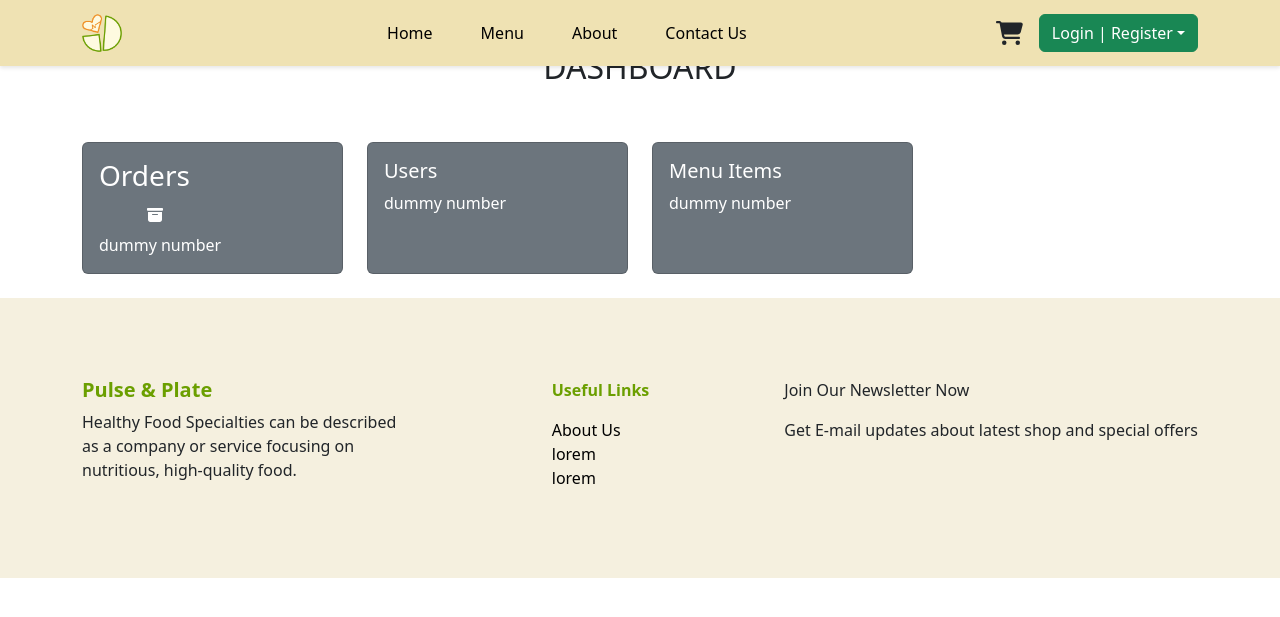
Repository: zeinawady/Pulse-and-Plate
Page: /dashboard
These files come from the project's save history. The page is drawn as it stood at one moment and after the next save; the edit follows.
The browser window is 1280 px wide. The pictures show the whole page.
The project was rebuilt for these pictures with package versions that can differ from the ones it lists, and the page was loaded fresh each time. Also part of the build but not shown: src/components/Main/Main.css, src/components/Main/Main.js, src/components/Menu/MealCard.css, src/components/Menu/MealCard.js, src/components/Menu/Categories.css, src/components/Menu/Categories.js, src/components/Menu/Menu.css, src/components/Menu/Menu.js and 21 more.

Above is the page before, as saved 2025-05-15 18:51:28.

### public/index.html
<!DOCTYPE html>
<html lang="en">
  <head>
    <meta charset="utf-8" />
    <link rel="icon" href="%PUBLIC_URL%/images/logo-trans.png" />
    <meta name="viewport" content="width=device-width, initial-scale=1" />
    <meta name="theme-color" content="#000000" />
    <meta
      name="description"
      content="Web site created using create-react-app"
    />
    <link rel="apple-touch-icon" href="%PUBLIC_URL%/images/logo-trans.png" />
    <!--
      manifest.json provides metadata used when your web app is installed on a
      user's mobile device or desktop. See https://developers.google.com/web/fundamentals/web-app-manifest/
    -->
    <link rel="manifest" href="%PUBLIC_URL%/manifest.json" />
    <!--
      Notice the use of %PUBLIC_URL% in the tags above.
      It will be replaced with the URL of the `public` folder during the build.
      Only files inside the `public` folder can be referenced from the HTML.

      Unlike "/favicon.ico" or "favicon.ico", "%PUBLIC_URL%/favicon.ico" will
      work correctly both with client-side routing and a non-root public URL.
      Learn how to configure a non-root public URL by running `npm run build`.
    -->
    <title>Pulse And Plate</title>
  </head>
  <body>
    <noscript>You need to enable JavaScript to run this app.</noscript>
    <div id="root"></div>
    <!--
      This HTML file is a template.
      If you open it directly in the browser, you will see an empty page.

      You can add webfonts, meta tags, or analytics to this file.
      The build step will place the bundled scripts into the <body> tag.

      To begin the development, run `npm start` or `yarn start`.
      To create a production bundle, use `npm run build` or `yarn build`.
    -->
  </body>
</html>

### src/index.js
import React from 'react';
import ReactDOM from 'react-dom/client';
import './index.css';
import App from './App';
import reportWebVitals from './reportWebVitals';
import 'bootstrap/dist/css/bootstrap.min.css';
import '@fortawesome/fontawesome-free/css/all.min.css';
import 'bootstrap/dist/css/bootstrap.min.css';
import './fontAwesome';
import { BrowserRouter } from 'react-router-dom';

const root = ReactDOM.createRoot(document.getElementById('root'));
root.render(
  <React.StrictMode>
    <BrowserRouter>
      <App />
    </BrowserRouter>
  </React.StrictMode>
);

// If you want to start measuring performance in your app, pass a function
// to log results (for example: reportWebVitals(console.log))
// or send to an analytics endpoint. Learn more: https://bit.ly/CRA-vitals
reportWebVitals();

### src/App.js
import React from "react";
import "./App.css";
import Home from "./components/Home/Home";
import Footer from "./components/Footer/Footer";
import { Routes, Route } from "react-router-dom";

import Header from "./components/Header/Header";
import About from "./components/About/About";
import Menu from "./components/Menu/Menu";
import ContactUs from "./components/ContactUs/ContactUs";
import Login from "./components/Login/Login";
import SignUp from "./components/SignUp/SignUp";
import UserProfile from "./components/UserProfile/UserProfile";
import { UserProvider } from "./UserContext";
import ProductInfo from "./components/ProductInfo/ProductInfo";
import PaymentPage from "./components/PaymentPage/PaymentPage";
import AdminProfile from "./components/AdminProfile/AdminProfile";
import Dashboard from "./components/Dashboard/Dashboard";

function App() {
  return (
    <UserProvider>
      <div>
        <Header />
        <Routes>
          <Route path="/" element={<Home />} />
          <Route path="/home" element={<Home />} />
          <Route path="/about" element={<About />} />
          <Route path="/menu" element={<Menu />} />
          <Route path="/category" element={<Menu />} />
          <Route path="/login" element={<Login />} />
          <Route path="/register" element={<SignUp />} />
          <Route path="/userAccount" element={<UserProfile />} />
          <Route path="/contactus" element={<ContactUs />} />
          <Route path="/product-info" element={<ProductInfo />} />
          <Route path="/PaymentPage" element={<PaymentPage />} />
          <Route path="/admin-profile" element={<AdminProfile />} />
          <Route path="/dashboard" element={<Dashboard />} />
        </Routes>

        <Footer />
      </div>
    </UserProvider>
  );
}

export default App;

### src/fontAwesome.js
// src/fontAwesome.js
import { library } from '@fortawesome/fontawesome-svg-core';
import {
    faUser,
    faCartShopping,
    faHome,
    faEnvelope,
    faSearch,
    faConciergeBell,
     faPercent,
     faTruckFast,
     faCarrot,
    // Add any other icons you need here
} from '@fortawesome/free-solid-svg-icons';

// Add icons to the library
library.add(
    faUser,
    faCartShopping,
    faHome,
    faEnvelope,
    faSearch,
    faConciergeBell,
    faPercent,
    faTruckFast,
    faCarrot,

    // Add any other icons you need here
);

### src/App.css
@font-face {
  font-family: "Lato";
  src: url("../public/Fonts/Lato/Lato-Black.ttf") format("truetype");
}

:root {
  --primary-color: #6b9f00;
  --secondary-color: #ef9025;
  --light-color: hsl(47, 66%, 82%);
  --text-color: #000000;
  --font-family: "Lato", sans-serif;
  --sections-padding: 5rem;
}

body {
  margin: 0;
  padding: 0;
  border: none !important;
  outline: none !important;
  font-family: var(--font-family);
  font-weight: 500;
  -webkit-font-smoothing: antialiased;
  -moz-osx-font-smoothing: grayscale;
  background-color: #eee;

}
a{
  text-decoration: none;
}

### src/components/Footer/Footer.js
import "../../App";

import "./Footer.css";
import { Container } from "react-bootstrap";
import Button from "react-bootstrap/Button";
import { FontAwesomeIcon } from "@fortawesome/react-fontawesome";


export default function Footer() {
    return (
        <footer>
            <Container fluid="md">
            <div className="wrapper-footer">
                <div className="info">
                    <h5>Pulse & Plate</h5>
                    <p>Healthy Food Specialties can be described as a company or service focusing on nutritious, high-quality food. </p>
                </div>
                <div className="links">
                    <p >Useful Links</p>
                    <a href="#">About Us</a>
                    <a href="#">lorem</a>
                    <a href="#">lorem</a>
                </div>
                <div>
                    <p>Join Our Newsletter Now </p>
                    <p>Get E-mail updates about latest shop and special offers </p>
                </div>
            </div>
            </Container>
        </footer>
    );
}

### src/components/Header/Header.js
import React from 'react';
import './Header.css';
import '../../App';
import { Link, NavLink, useNavigate } from 'react-router-dom';
import { useUser } from "../../UserContext";

// React Bootstrap
import Container from 'react-bootstrap/Container';
import Nav from 'react-bootstrap/Nav';
import Navbar from 'react-bootstrap/Navbar';
import Dropdown from 'react-bootstrap/Dropdown';

// Font Awesome
import { FontAwesomeIcon } from '@fortawesome/react-fontawesome';
import { faCartShopping } from '@fortawesome/free-solid-svg-icons';

export default function Header() {
    const { user, setUser } = useUser();
    const navigate = useNavigate();

    const handleLogout = () => {
        navigate('/login');
        localStorage.removeItem("user");
        localStorage.removeItem("token");
        setUser(null);
    };

    return (
        <Navbar expand="md" className="fixed-top">
            <Container fluid="md">
                <Navbar.Brand as={Link} to="/home">
                    <img
                        src="/images/logo-trans.png"
                        width="40"
                        height="40"
                        className="d-inline-block align-top"
                        alt="React Bootstrap logo"
                    />
                </Navbar.Brand>

                <Navbar.Toggle aria-controls="basic-navbar-nav" />
                <Navbar.Collapse id="basic-navbar-nav">
                    <Nav className="me-auto ms-auto">
                        <Nav.Link as={NavLink} to="/home">Home</Nav.Link>
                        <Nav.Link as={NavLink} to="/menu">Menu</Nav.Link>
                        <Nav.Link as={NavLink} to="/about">About</Nav.Link>
                        <Nav.Link as={NavLink} to="/contactus">Contact Us</Nav.Link>
                    </Nav>

                    <div className="icons d-flex align-items-center gap-3">
                        <FontAwesomeIcon icon={faCartShopping} size="lg" />

                        <Dropdown align="end">
                            <Dropdown.Toggle variant="success" id="dropdown-user">
                                {user?.name ? user.name.split(" ")[0] : "Login | Register"}
                            </Dropdown.Toggle>

                            <Dropdown.Menu>
                                {user?.name ? (
                                    <>
                                        <Dropdown.Item as={Link} to="/userAccount">Profile</Dropdown.Item>
                                        <Dropdown.Item onClick={handleLogout}>Logout</Dropdown.Item>
                                    </>
                                ) : (
                                    <>
                                        <Dropdown.Item as={Link} to="/login">Login</Dropdown.Item>
                                        <Dropdown.Item as={Link} to="/register">Register</Dropdown.Item>
                                    </>
                                )}
                            </Dropdown.Menu>
                        </Dropdown>
                    </div>
                </Navbar.Collapse>
            </Container>
        </Navbar>
    );
}

### src/UserContext.jsx
import { createContext, useContext, useState } from 'react';

const UserContext = createContext();

export function UserProvider({ children }) {
  const [user, setUser] = useState(() => {
    const stored = localStorage.getItem('user');
    return stored ? JSON.parse(stored) : null;
  });

  const updateUser = (updatedUser) => {
    localStorage.setItem('user', JSON.stringify(updatedUser));
    setUser(updatedUser);
  };

  return (
    <UserContext.Provider value={{ user, setUser: updateUser }}>
      {children}
    </UserContext.Provider>
  );
}

export function useUser() {
    return useContext(UserContext);
}

### src/components/Dashboard/Dashboard.js
import React from "react";
import "../../App";
import "./Dashboard.css";
import { BsFillArchiveFill } from "react-icons/bs";
export default function Dashboard() {
  return (
    <div className="main-container container">
      <h2 className="text-center p-5">DASHBOARD</h2>

      <div className="row g-4 mb-4">

        <div className="col-md-3 col-sm-6">
          <div className="card text-white bg-secondary h-100">
            <div className="card-body">
              <div className="card-inner">
                <div className="card-title">
                  <h3>Orders</h3>
                  <span className="card_icon px-5">
                    <BsFillArchiveFill />
                  </span>
                </div>
                dummy number
              </div>
            </div>
          </div>
        </div>
        <div className="col-md-3 col-sm-6">
          <div className="card text-white bg-secondary h-100">
            <div className="card-body">
              <h5 className="card-title">Users</h5>
              <p className="card-text">dummy number</p>
            </div>
          </div>
        </div>

        <div className="col-md-3 col-sm-6">
          <div className="card text-white bg-secondary h-100">
            <div className="card-body">
              <h5 className="card-title">Menu Items</h5>
              <p className="card-text">dummy number</p>
            </div>
          </div>
        </div>
      </div>
    </div>
  );
}

### src/components/Footer/Footer.css
footer{
    background-color: hsla(47, 53%, 90%, 0.822);
    padding-block-start: var(--sections-padding);
    padding-block-end: var(--sections-padding);
}
.wrapper-footer{
    display: flex;
    justify-content: space-between;

}
.wrapper-footer .info{
  width: 30%;

}
.wrapper-footer .info h5{
    color: var(--primary-color);
    font-weight: 700;
}
.links>p:first-child{
font-weight: 700;
color: var(--primary-color);

}
.links{
    display: flex;
    flex-direction: column;
}
.links a{
    text-decoration: none;
    color: var(--text-color);
}
@media (max-width: 767px) {
    .wrapper-footer{
       flex-direction: column;
    }
    .wrapper-footer .info{
        width: 100%;
      }

}

### src/components/Header/Header.css
.navbar {
    box-shadow: 0 2px 4px rgba(0, 0, 0, 0.1);
    /* background-color: rgba(254, 250, 225, 0.3);
     */
     background-color: var(--light-color);
     z-index: 100;
}

.navbar-nav .nav-link,
.dropdown-menu .dropdown-item {
    color: var(--text-color);
}


/* * --> all children */
.navbar .nav-link {
    padding: 0 1.5rem !important;
    text-align: center;
}

@media (max-width: 767px) {
    .navbar .nav-link {
        padding: 0.5rem 0 !important;
    }

    .icons>svg {
        padding-top: 0.5rem;
        margin: auto;
        font-size: 1.25rem;
    }
}

.icons {
    display: flex;
    gap: 1.5rem;
}

.icons svg {
    font-size: 1.5rem;
}

.navbar-toggler {
    border: none !important;
}

.navbar-toggler:focus {
    box-shadow: none !important;
}

@media (max-width: 767px) {

    /* .navbar .dropdown-menu {
                position: absolute !important;
                top: 80% !important;
                left: 35% !important;
                background-color: var(--light-color);
                right: 0;
                width: 100%;
                z-index: 1050;
            } */
    .navbar-nav {
        .dropdown-menu {
            width: 50%;
            margin: auto;
            text-align: center;
        }

        /* .dropdown-menu[data-bs-popper] {
            top: 100%;
            left: 50%;
            transform: translateX(-50%);
        } */

        /* .nav-item,
        .nav-link {
            text-align: center;
        } */
    }
}

@media (max-width: 441px) {
    .navbar-nav {
        .dropdown-menu {
            width: 35%;
        }
    }
}

### src/components/PaymentPage/PaymentPage.css
:root {
    --primary-color: #6b9f00;
    --secondary-color: #ef9025;
    --light-color: #efe2b3;
    --secondary-light-color: #FDFAE0;
    --text-color: #000000;
    --font-family: "Lato", sans-serif;
    --sections-padding: 5rem;
    --section-margin: 60px;
    /* This variable can be used or adjusted for header height */
}

body {
    margin: 0;
    padding: 0;
    border: none !important;
    outline: none !important;
    font-family: var(--font-family);
    font-weight: 500;
    -webkit-font-smoothing: antialiased;
    -moz-osx-font-smoothing: grayscale;
    background-color: #eee;
    color: var(--text-color);
}

.payment-page a {
    text-decoration: none;
    color: var(--primary-color);
}


/* Main container */
.payment-page.container {
    max-width: 960px;
    margin: 100px;
    padding: var(--sections-padding) 30px;
    background-color: var(--secondary-light-color);
    border-radius: 10px;
    box-shadow: 0 4px 15px rgba(107, 159, 0, 0.3);

}

/* Card style */
.payment-page .card {
    background: var(--light-color);
    border-radius: 12px;
    box-shadow: 0 6px 20px rgba(0, 0, 0, 0.1);
    padding: 30px;
    margin-bottom: 30px;
}

/* Card header */
.payment-page .card-header {
    font-weight: 700;
    font-size: 1.5rem;
    color: var(--primary-color);
    border-bottom: 3px solid var(--secondary-color);
    padding-bottom: 15px;
    margin-bottom: 25px;
}

/* Order Summary Items */
.payment-page .card-body>div.d-flex {
    font-size: 1.1rem;
    justify-content: space-between;
    padding: 8px 0;
    border-bottom: 1px solid var(--secondary-light-color);
}

.payment-page .card-body>hr+div {
    font-weight: 700;
    font-size: 1.25rem;
    color: var(--primary-color);
    padding-top: 10px;
}

/* Form headings */
.payment-page h4,
.payment-page h5 {
    color: var(--primary-color);
    margin-bottom: 20px;
    font-weight: 700;
}

/* Form labels */
.payment-page .form-label {
    font-weight: 600;
    color: var(--text-color);
}

/* Input fields */
.payment-page .form-control {
    border-radius: 8px;
    border: 2px solid var(--primary-color);
    padding: 10px 15px;
    font-family: var(--font-family);
    font-weight: 500;
    font-size: 1rem;
    transition: border-color 0.3s ease;
    color: var(--text-color);
    background-color: #fff;
}

.payment-page .form-control:focus {
    border-color: var(--secondary-color) !important;
    box-shadow: 0 0 8px var(--secondary-color) !important;
    outline: none;
}

/* Validation feedback */
.payment-page .is-invalid {
    border-color: #dc3545 !important;
}

.payment-page .is-invalid:focus {
    box-shadow: 0 0 8px rgba(220, 53, 69, 0.5);
}

.payment-page .invalid-feedback {
    font-size: 0.9rem;
    color: #dc3545;
    margin-top: 6px;
}

/* Radio buttons */
.payment-page .form-check-label {
    font-size: 1rem;
    color: var(--text-color);
}


.payment-page button:hover {
    background-color: var(--secondary-color);
}

/* Submit button - This existing style will override the general button style for submit buttons where properties differ */
.payment-page button[type="submit"] {
    background-color: var(--primary-color);
    /* This is fine, can be more specific if needed */
    border: none;
    color: white;
    font-weight: 700;
    /* Specific to submit */
    padding: 14px 32px;
    /* Specific to submit */
    border-radius: 8px;
    cursor: pointer;
    font-size: 1.1rem;
    /* Specific to submit */
    transition: background-color 0.3s ease;
    box-shadow: 0 5px 15px rgba(107, 159, 0, 0.2);
    /* Specific to submit */
}

.payment-page button[type="submit"]:hover {
    background-color: var(--secondary-color);
    box-shadow: 0 6px 20px rgba(239, 144, 37, 0.3);
    /* Specific to submit */
}

/* Responsive */
@media (max-width: 768px) {
    .payment-page.container {
        padding: 3rem 15px;
        margin-top: 60px;
        /* Adjusted margin for smaller screens if header is smaller or fixed differently */
    }

        .payment-page .row>div {
        margin-bottom: 25px;
    }
}

Loaded but not shown: src/index.css (common file); src/reportWebVitals.js (common file)

After the next save:
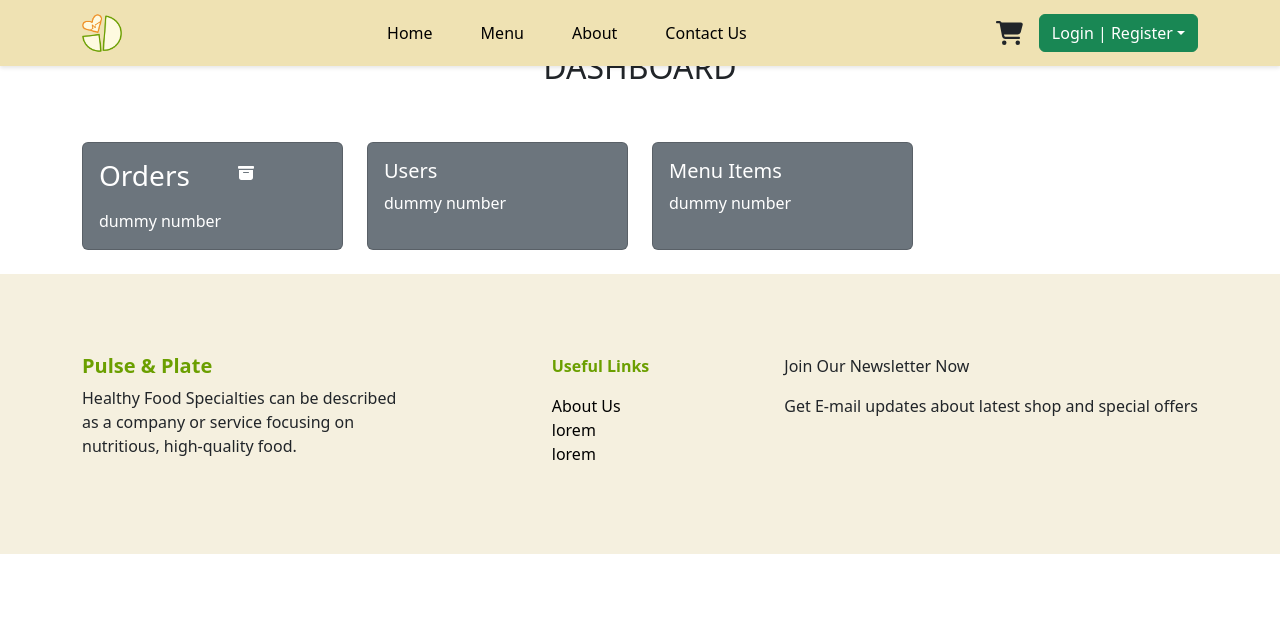
Saved 11 s later.
--- a/src/components/Dashboard/Dashboard.js
+++ b/src/components/Dashboard/Dashboard.js
@@ -13,7 +13,7 @@ export default function Dashboard() {
           <div className="card text-white bg-secondary h-100">
             <div className="card-body">
               <div className="card-inner">
-                <div className="card-title">
+                <div className="card-title d-flex">
                   <h3>Orders</h3>
                   <span className="card_icon px-5">
                     <BsFillArchiveFill />
